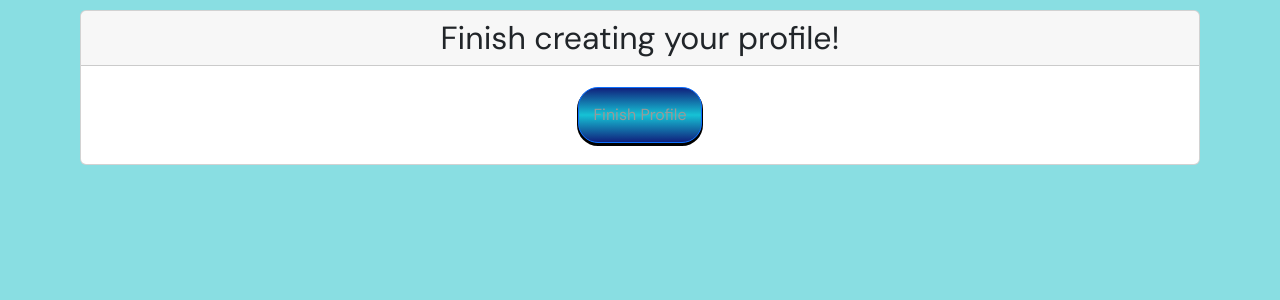
Repository: aiodell/my-glucose-checkup
Page: /me (app in client/)
An editor plug-in stored every save of this project. The page is shown before and after the next save, followed by the edit.
The browser window is 1280 px wide. The pictures show the whole page.
The page's requests for data from a server got no answer. The project was rebuilt for these pictures with package versions that can differ from the ones it lists, and the page was loaded fresh each time. No one was signed in, and anything a server would have sent is missing. Also part of the build but not shown: client/src/components/Login.js, client/src/components/Signup.js, client/src/components/Dashboard.js, client/src/components/AllReadings.js, client/src/components/NewReading.js, client/src/components/Home.js, client/src/components/BglUpdateForm.js, client/src/components/BglEventDetails.js and 8 more.

Above is the page before, as saved 2022-10-06 07:01:01.

### client/src/index.js
import React from 'react';
import ReactDOM from 'react-dom/client';
import {BrowserRouter as Router} from "react-router-dom";
import 'bootstrap/dist/css/bootstrap.min.css';
import App from './App';

const root = ReactDOM.createRoot(document.getElementById('root'));
root.render(
  <React.StrictMode>
  <Router>
    <App />
  </Router>
  </React.StrictMode>
);

### client/src/App.js
import { useState, useEffect } from "react"
import { Switch, Route, useHistory } from "react-router-dom"
import NavBar from "./components/NavBar"
import Login from "./components/Login"
import Signup from "./components/Signup"
import Dashboard from "./components/Dashboard"
import AllReadings from "./components/AllReadings"
import NewReading from "./components/NewReading"
import Home from "./components/Home"
import BglEventDetails from "./components/BglEventDetails"
import NewBglEvent from "./components/NewBglEvent"
import Events from "./components/Events"
import UserProfile from "./components/UserProfile"
import CreateProfile from "./components/CreateProfile"
import AllUsers from "./components/AllUsers"
import './styles.css'

const App = () => {
  const [currentUser, setCurrentUser] = useState("")
  const [readings, setReadings] = useState([])
  const [events, setEvents] = useState([])
  const [users, setUsers] = useState([])
  const [following, setFollowing] = useState([])
  const history = useHistory()

  useEffect( () => {
    fetch(`/auto-login`)
    .then((r) => {
      if (r.ok) {
        r.json().then((user) => setCurrentUser(user))
      }else{
        history.push("/login")
      }
    })
  }, [ ])

	useEffect(() => {
		fetch("/events")
		.then((r) => r.json())
		.then(setEvents)
	}, [])

  useEffect(() => {
		fetch("/bgls")
		.then((r) => r.json())
		.then(setReadings)
	}, [])

  useEffect(() => {
    fetch("/users")
    .then((r) => r.json())
    .then(setUsers)
  }, [])

  useEffect(() => {
    fetch("/relationships")
    .then((r) => r.json())
    .then(setFollowing)
  }, [])

  const updateUser = (user) => setCurrentUser(user)

  const addNewReading = (newReading) => {setReadings(readings => [...readings, newReading])}

  const deleteReading = (deletedReading) => {
    setReadings((readings) => readings.filter((reading) => reading.id !== deletedReading))
  }

  const deleteEvent = (deletedEvent) => {
    setEvents((events) => events.filter((event) => event.id !== deletedEvent))
  }

  const updateBgl = (updatedBgl) => {
    setReadings((readings) => readings.map(bgl => bgl.id === updatedBgl.id ? updatedBgl : bgl))
  }

  // add follower to list
  const addNewFollow = (newFollow) => {
    setFollowing(following => [...following, newFollow])
    const copyOfCurrentUser = {...currentUser}
    copyOfCurrentUser.followees.push(newFollow)
    setCurrentUser(copyOfCurrentUser)
  }

  // delete follower from the list
  const deleteFollow = (deletedFollow) => {
    setFollowing((following) => following.filter((following) => following.id !== deletedFollow))
  }

  const removeCurrentFollowing = (deletedFollowee) => {
    const copyOfCurrentUser = {...currentUser}
    copyOfCurrentUser.followees = copyOfCurrentUser.followees.filter(followee => followee.followee_id !== deletedFollowee.followee_id)
    setCurrentUser(copyOfCurrentUser)
  }

   return (
   <div>
    <NavBar
      currentUser = {currentUser}
      updateUser = {updateUser}
    />
    <Switch>
      <Route exact path = "/login">
        <Login updateUser = {updateUser}/>
      </Route>
      <Route exact path = "/signup">
        <Signup />
      </Route>
      <Route exact path = "/dashboard">
        <Dashboard
        currentUser = {currentUser}
        readings = {readings}
        setReadings = {setReadings}
        following = {following}  // will be used to display the highs and lows of a user being followed
        users = {users}
        />
      </Route>
      <Route exact path= "/bgls/all">
        <AllReadings
        readings = {readings}
        setReadings = {setReadings}
        />
      </Route>
      <Route exact path= "/bgls/new">
        <NewReading addNewReading= {addNewReading} />
      </Route>
      <Route exact path= "/bgls/:id/">
        <BglEventDetails
          updateBgl = {updateBgl}
          deleteReading= {deleteReading}
          readings = {readings}
        />
      </Route>
      <Route exact path="/bgls/:id/bgl_events/new">
        <NewBglEvent events= {events}/>
      </Route>
      <Route exact path="/events">
        <Events
          deleteEvent = {deleteEvent}
          events = {events}
          setEvents = {setEvents}
        />
      </Route>
      <Route exact path= "/me">
        <UserProfile
        currentUser = {currentUser}
        users = {users}
        />
      </Route>
      <Route exact path = "/create-profile">
        <CreateProfile />
      </Route>
      <Route exact path= "/users">
        <AllUsers
        currentUser = {currentUser}
        users = {users}
        addNewFollow = {addNewFollow}
        deleteFollow = {deleteFollow}
        removeCurrentFollowing ={removeCurrentFollowing}
        />
      </Route>
      <Route exact path="/">
        <Home
        currentUser = {currentUser}
        setCurrentUser = {setCurrentUser}/>
      </Route>
    </Switch>
   </div>
  )
}

export default App;

### client/src/components/NavBar.js
import { useHistory, NavLink } from 'react-router-dom'
import Container from "react-bootstrap/Container"
import Nav from 'react-bootstrap/Nav';
import Navbar from 'react-bootstrap/Navbar';
import '../styles.css';

const NavBar = ({updateUser, currentUser}) => {
	const history = useHistory()

	// log out only available when logged in
	const handleLogout = (e) => {
		fetch(`/logout`, {
			method: 'DELETE'
		})
		.then(() => {
			updateUser("")
			history.push('/')
		})
	}

	return(
		<>
		{currentUser ?
			<Navbar bg="dark" variant="dark" expand="lg">
			<Container className="nav-bar">
				<Navbar.Brand>My Glucose Checkup</Navbar.Brand>
				<Navbar.Toggle aria-controls="basic-navbar-nav" />
				<Navbar.Collapse id="basic-navbar-nav"></Navbar.Collapse>
					<Nav className="me-auto">
						<NavLink className="nav-link" to="/dashboard">
							<Nav.Item>Dashboard</Nav.Item>
						</NavLink>
						<NavLink className="nav-link" to="/bgls/all">
							<Nav.Item>My BGLs</Nav.Item>
						</NavLink>
						<NavLink className="nav-link" to="/bgls/new">
							<Nav.Item>New Reading</Nav.Item>
						</NavLink>
						<NavLink className="nav-link" to="/me">
							<Nav.Item>My Account</Nav.Item>
						</NavLink>
						<NavLink className="nav-link" to="/users">
							<Nav.Item>All Users</Nav.Item>
						</NavLink>
						<Nav.Link onClick={handleLogout}>Logout</Nav.Link>
					</Nav>
			</Container>
		</Navbar> : null }
		</>
	)
}

export default NavBar

### client/src/components/UserProfile.js
import Button from "react-bootstrap/Button"
import {NavLink, useHistory } from "react-router-dom"
import Container from "react-bootstrap/Container"
import Card from 'react-bootstrap/Card';
import Accordion from "react-bootstrap/Accordion"

const UserProfile = ({currentUser}) => {

	const renderFollowing = currentUser.followees?.map((user) => {
		return(
			<Card>
				<Card.Title>{user.first_name} {user.last_name}</Card.Title>
				<Card.Text></Card.Text>
			</Card>
		)
	})

	return(
		<div>
			{currentUser.has_profile ?
			<Container className="profile-container">
				<Card className= "user-profile">
					<Card.Header as="h2">Hello {currentUser.first_name}!</Card.Header>
					<Card.Body>
						<Card.Title className="card-title">Personal Information</Card.Title>
					</Card.Body>
					<Card.Body>
						<Card.Text className="body-1"><b>Full Name: </b>{currentUser.first_name} {currentUser.last_name}</Card.Text>
						<Card.Text className="body-2"><b>Date of birth: </b>{currentUser.profile.month} / {currentUser.profile.day} / {currentUser.profile.year}</Card.Text>
						<Card.Text><b>Email: </b>{currentUser.email}</Card.Text>
						<Card.Text><b>Phone Number: </b>{currentUser.profile.phone}</Card.Text>
					</Card.Body>
				</Card>
				{/* who the user is following */}
				<Accordion as={Card} className= "user-profile">
					<Accordion.Header as="h2" className="follow-header">
						Following
					</Accordion.Header>
					<Accordion.Body>{renderFollowing}</Accordion.Body>
				</Accordion>
			</Container>
			:
				<Container className="container-style">
				<Card className= "user-profile">
				<Card.Header as="h2">Finish creating your profile!</Card.Header>
					<Card.Body>
						<NavLink to="/create-profile">
							<Button className="btns">Finish Profile</Button>
						</NavLink>
					</Card.Body>
				</Card>
				</Container>
			}
		</div>
	)
}

export default UserProfile

### client/src/styles.css
@import url('https://fonts.googleapis.com/css2?family=DM+Sans&display=swap');
@import url('https://fonts.googleapis.com/css2?family=Carter+One&family=DM+Sans&display=swap');

body {
  font-family: 'DM Sans', sans-serif;
  background-color:	#89dee2;
  margin: 0px;
}

/*Universal */
.btns {
  background-image: linear-gradient(#10217d, #16c2d5,#10217d);
  color: rgb(153, 153, 153);
  padding: 15px;
  margin: 5px;
  text-align: center;
  border-radius: 20px;
  box-shadow: 0px 2px 0px 1px black;
  text-decoration: none;
}

.container-style{
  text-align: center;
  padding: 10px;
  position: relative;
}

.navbar-brand{
  font-family: 'Carter One', cursive;
  font-size: 2rem;
  text-align:left
}

/*Home Page */
.Home {
  text-align: center;
}

.home-background {
  background-color: #88c7b2;
  min-height: 100vh;
  display: flex;
  flex-direction: column;
  align-items: center;
  justify-content: center;
  font-size: calc(10px + 2vmin);
  color: white;
}

.welcome {
  font-family: 'Carter One', cursive;
  text-shadow: 2px 2px black;
  text-align: center;
}

.home-btn-div {
  align-content: center;
}

/*Forms */
.form-style{
  margin-top: 100px;
  border-radius: 20px;
  box-shadow: 0px 2px 0px 1px black;
  background-image: linear-gradient(#67eabe, #ffffff);
  color: rgb(0, 0, 0);
}
.title{
  padding: 20px;
  position: relative;
}

/*Dashbord */
.dash-container{
  margin-top: 100px;
  padding: 20px;
  background-image: linear-gradient(#67eabe, #ffffff);
  border-radius: 25px;
  position: relative;
}

.current-bgl{
  border-radius: 50%;
  height: 150px;
  width: 150px;
  vertical-align: middle;
  left: 44%;
  position: relative;
  box-shadow: 2px 2px 2px 2px black;
  background-image: linear-gradient(#67eabe, #ffffff);
}

.current-txt{
  text-align: center;
  font-size: 4rem;
  padding-top: 40px;
  padding-left: 5px;
  position: relative;
}

.low-high-avg{
  padding: 20px;
  position: relative;
}

.dash-title{
  font-family: 'Carter One', cursive;
  text-shadow: 2px 2px 2px black;
  color: white
}

/*Events */

.list{
  list-style: none;
  padding: 5px;
  font-size: 150%;
}

.event-container-style{
  text-align: center;
  padding: 10px;
  position: relative;
  margin: 5px;
}

.delete-btn{
  background-image: linear-gradient(#67eabe, #ffffff);
  color: rgb(0, 0, 0);
  padding: 5px;
  margin: 5px;
  text-align: center;
  box-shadow: 0px 2px 0px 1px black;
  text-decoration: none;
}
.event-card{
  vertical-align: middle;
  left: 39%;
  position: relative;
}

/*All bgls*/
.all-bgl-container-style{
  align-content: center;
  margin-top: 20px;
  text-align: center;
  display: relative;
  position:relative;
  max-width: 50%;
}

.link-text-style{
  text-decoration: none;
}

.pages {
  display: flex;
  justify-content: center;
  margin-top: 20px;
}

.bgl-card{
  margin: 10px;
  text-decoration: none;
  color: black;
  box-shadow: 0px 2px 0px 2px black;
}

.card-title{
  font-size: 150%;
}

.search {
  width: 50%;
  text-align: center;

  position: relative;
  display: block;
  margin: auto;
  padding: 2rem;
}

.searchTerm {
  text-align: center;
  width: 100%;
  border: 3px solid #004e59;
  padding: 5px;
  height: 3rem;
  border-radius: 5px;
  outline: none;
  font-size: 1.5rem;
}

/* Profile Completion Form */
.form-title{
  text-align: center;
  margin-top: 15px;
}

.profile-completion{
  text-align: center;
  padding: 15px;
  margin: 10px;
  box-shadow: 1px 2px 0px 1px black;
  background-image: linear-gradient(#eaeaea, #ffffff);
  color: rgb(0, 0, 0);
}

.profile-label{
  margin-bottom: 5px;
  margin-top: 10px;
}

.form-check{
  margin-top: 5px
}

/*profile container*/
.profile-container{
  align-content: center;
  margin-top: 20px;
  text-align: center;
  display: relative;
  position:relative;
  max-width: 50%;
}

Loaded but not shown: client/public/index.html (common file)

After the next save:
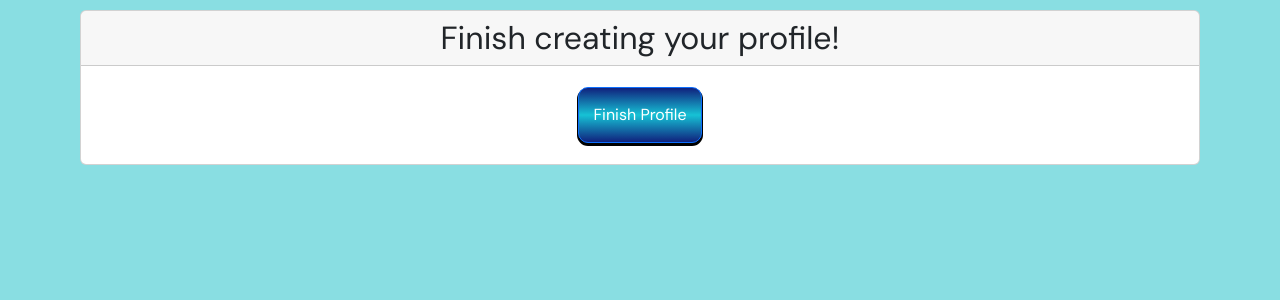
Saved 14 s later.
--- a/client/src/styles.css
+++ b/client/src/styles.css
@@ -10,11 +10,11 @@ body {
 /*Universal */
 .btns {
   background-image: linear-gradient(#10217d, #16c2d5,#10217d);
-  color: rgb(153, 153, 153);
+  color: rgb(255, 255, 255);
   padding: 15px;
   margin: 5px;
   text-align: center;
-  border-radius: 20px;
+  border-radius: 10px;
   box-shadow: 0px 2px 0px 1px black;
   text-decoration: none;
 }
